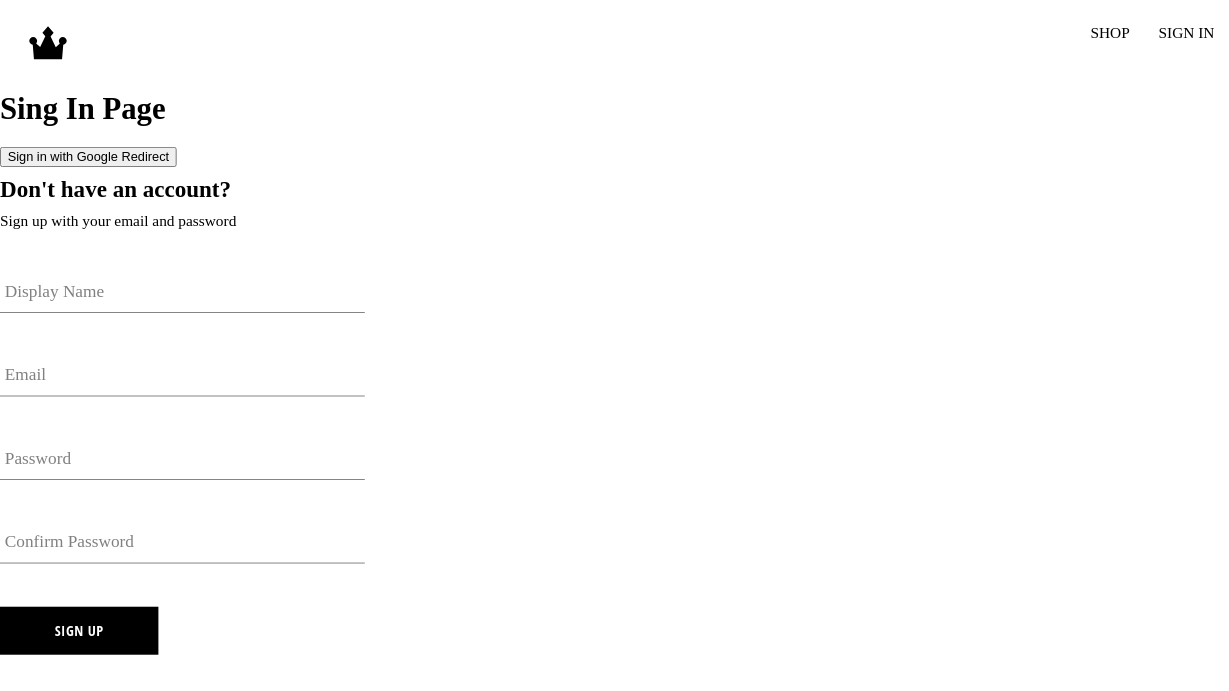
Repository: Chadi2000/crwn-clothing
Page: /auth
An editor plug-in stored every save of this project. The page is shown before and after the next save, followed by the edit.
The browser window is 1280 px wide. The pictures show the whole page, at 96% of full size.
The project was rebuilt for these pictures with package versions that can differ from the ones it lists, and the page was loaded fresh each time. Also part of the build but not shown: src/categories.styles.scss, src/components/category-item/category-item.styles.scss, src/components/category-item/category-item.component.jsx, src/components/directory/directory.styles.scss, src/components/directory/directory.component.js, src/routes/home/home.component.jsx.

Above is the page before, as saved 2024-02-12 20:57:26.

### public/index.html
<!DOCTYPE html>
<html lang="en">
  <head>
    <meta charset="utf-8" />
    <link rel="icon" href="%PUBLIC_URL%/favicon.ico" />
    <meta name="viewport" content="width=device-width, initial-scale=1" />
    <meta name="theme-color" content="#000000" />
    <meta
      name="description"
      content="Web site created using create-react-app"
    />
    <link rel="apple-touch-icon" href="%PUBLIC_URL%/logo192.png" />
    <link rel="preconnect" href="https://fonts.googleapis.com">
    <link rel="preconnect" href="https://fonts.gstatic.com" crossorigin>
    <link
    href="https://fonts.googleapis.com/css2?family=Open+Sans:ital,wght@0,300..800;1,300..800&family=Roboto:wght@300&display=swap"
    rel="stylesheet">
    <!--
      manifest.json provides metadata used when your web app is installed on a
      user's mobile device or desktop. See https://developers.google.com/web/fundamentals/web-app-manifest/
    -->
    <link rel="manifest" href="%PUBLIC_URL%/manifest.json" />
    <!--
      Notice the use of %PUBLIC_URL% in the tags above.
      It will be replaced with the URL of the `public` folder during the build.
      Only files inside the `public` folder can be referenced from the HTML.

      Unlike "/favicon.ico" or "favicon.ico", "%PUBLIC_URL%/favicon.ico" will
      work correctly both with client-side routing and a non-root public URL.
      Learn how to configure a non-root public URL by running `npm run build`.
    -->
    <title>React App</title>
  </head>
  <body>
    <noscript>You need to enable JavaScript to run this app.</noscript>
    <div id="root"></div>
    <!--
      This HTML file is a template.
      If you open it directly in the browser, you will see an empty page.

      You can add webfonts, meta tags, or analytics to this file.
      The build step will place the bundled scripts into the <body> tag.

      To begin the development, run `npm start` or `yarn start`.
      To create a production bundle, use `npm run build` or `yarn build`.
    -->
  </body>
</html>

### src/index.scss
body {
  margin: 0;
  font-family: 'Open Sans'
    sans-serif;
    font-weight: 300 800;
  font-stretch: 100%;
  font-display: swap;
  -webkit-font-smoothing: antialiased;
  -moz-osx-font-smoothing: grayscale;
}

code {
  font-family: source-code-pro, Menlo, Monaco, Consolas, 'Courier New',
    monospace;
}

a{
  text-decoration: none;
  color: black;
}

* {
  box-sizing: border-box;
}

### src/App.js
import './categories.styles.scss';
import { Outlet } from 'react-router-dom';
import Directory from './components/directory/directory.component';
import Home from './routes/home/home.component';
import { Routes, Route } from 'react-router-dom';
import Navigation from './routes/navigation/navigation.component';
import Authentication from './routes/authentication/authentication.component';



const Shop =() =>{
  return(
    <h1>SHop from me</h1>
  )
}

const App = () => {


 return(
  <Routes>
    <Route path='/' element={<Navigation />}>
      <Route path='/' element={<Home />} />
      <Route path='shop' element={<Shop/>} />
      <Route path='/auth' element= {<Authentication />} />

    </Route>

  </Routes>
 );
}

export default App;

### src/routes/navigation/navigation.component.jsx
import { Outlet, Link } from "react-router-dom"
import { Fragment } from "react";
import { ReactComponent as CrwnLogo } from "../../assets/crown.svg";
import './navigation.styles.scss';
const Navigation = () =>{
    return (
      <Fragment>
        <div className="navigation">
            <Link className="logo-container" to='/'>
                <CrwnLogo />
            </Link>

          <div className="nav-links-container">
            <Link className="nav-link"  to='/shop'>
                SHOP
            </Link>
            <Link className="nav-link"  to='/auth'>
                SIGN IN
            </Link>
          </div>
        </div>
        <Outlet />
      </Fragment>
    )
  }

  export default Navigation;

### src/routes/authentication/authentication.component.jsx
import { useEffect } from "react";
import { getRedirectResult } from "firebase/auth";

import {
        auth,
        signInWithGooglePopup,
        signInWithGoogleRedirect ,
        createUserDocumentFromAuth
    } from "../../utils/firebase/firebase.utils";
import SignUpForm from "../../components/sign-up-form/sign-up-form.component";

const Authentication  = () => {

    useEffect(() => {
        // Define an asynchronous function inside useEffect
        const fetchData = async () => {
          try {
            // You can await here
            const response = await getRedirectResult(auth);
            if(response){
                const userDocRef = await createUserDocumentFromAuth(response.user)
            }
          } catch (error) {
            console.error('Error fetching data:', error);
          }
        };

        // Call the asynchronous function immediately
        fetchData();

        // Specify dependencies if needed (empty array if not)
      }, []); // Add dependencies if needed


    const logGoogleUser = async () =>{
        const {user} = await signInWithGooglePopup();
        const userDocRef = await createUserDocumentFromAuth(user);

    }






    return(
        <div>
            <h1>Sing In Page</h1>
            {/* <button onClick={logGoogleUser}>
                Sign in with Google Popup
            </button> */}
            <button onClick={signInWithGoogleRedirect}>
                Sign in with Google Redirect
            </button>
            <SignUpForm />
        </div>
    )
}

export default Authentication;

### src/routes/navigation/navigation.styles.scss
.navigation{
    height: 70px;
    width: 100%;
    display: flex;
    justify-content: space-between;
    margin-bottom: 25px;

    .logo-container{
        height: 100%;
        width: 70px;
        padding: 25px;
        -webkit-box-align: center;
        align-items: center;
        justify-content: center;
    }
    .nav-links-container{
        width: 50%;
        height: 100%;
        -webkit-box-align: center;
        align-items: center;
        -webkit-box-pack: end;
        display: flex;
        justify-content: flex-end;
        .nav-link{
            padding: 10px 15px;
            cursor: pointer;
        }
    }


}

### src/utils/firebase/firebase.utils.js
import {initializeApp} from 'firebase/app';
import {
     getAuth,
     signInWithRedirect,
     signInWithPopup,
     GoogleAuthProvider,
     createUserWithEmailAndPassword
    } from 'firebase/auth';

import {
    getFirestore,
    doc,
    getDoc,
    setDoc
}  from'firebase/firestore'

const firebaseConfig = {
    apiKey: "AIzaSyCFm4naOY8EzymqmFzu3h2__lM1anMpCoU",
    authDomain: "crwn-clothing-db-ab0ad.firebaseapp.com",
    projectId: "crwn-clothing-db-ab0ad",
    storageBucket: "crwn-clothing-db-ab0ad.appspot.com",
    messagingSenderId: "89349111223",
    appId: "1:89349111223:web:714444d59a5d8bfdf53c32"
  };

  // Initialize Firebase
  const firebaseApp = initializeApp(firebaseConfig);
  const googleProvider = new GoogleAuthProvider();

  googleProvider.setCustomParameters({
    prompt: "select_account"
  })

  export const auth = getAuth();
  export const signInWithGooglePopup = () =>
   signInWithPopup(auth, googleProvider);
  export const signInWithGoogleRedirect =()=>
   signInWithRedirect(auth, googleProvider)

  export const db = getFirestore();
  export const createUserDocumentFromAuth = async (
    userAuth,
    additionalInformation={}
    )=>{
    if(!userAuth) return ;
    const userDocRef = doc(db,'users',userAuth.uid )

    console.log(userDocRef);

    const userSnapshot = await getDoc(userDocRef);
    console.log(userSnapshot);
    console.log(userSnapshot.exists());

    if(!userSnapshot.exists()){
        const {displayName , email} = userAuth;
        const createdAt = new Date();

        try{
            await setDoc(userDocRef, {
                displayName,
                email,
                createdAt,
                ...additionalInformation
            })
        }catch(error){
            console.log('error creating the user', error.message)
        }
    }

    return userDocRef;
  }

  export const createAuthUserWithEmailAndPassword = async (email, password)=>{
    if(!email || !password) return;
    return await createUserWithEmailAndPassword(auth, email, password)
  };

### src/components/sign-up-form/sign-up-form.component.jsx
import { useState } from "react";
import { createAuthUserWithEmailAndPassword, createUserDocumentFromAuth } from "../../utils/firebase/firebase.utils";
import FormInput from "../form-input/form-input.component";
import './sign-up-form.styles.scss';
import Button from "../button/button.component";

const defaultFormFields ={
    displayName: '',
    email:'',
    password:'',
    confirmPassword: ''
}

const SignUpForm =() =>{

    const [formFields, setFormFields] = useState(defaultFormFields);
    const { displayName, email, password, confirmPassword} = formFields;

    console.log(formFields);

    const resetFormFields = () =>{
        setFormFields(defaultFormFields);
    }

    const handleSubmit = async(event) =>{
        event.preventDefault();

        if(password != confirmPassword){
            alert("password do not match");
            return;
        }

        try{
            const {user} = await createAuthUserWithEmailAndPassword(email, password);

            await createUserDocumentFromAuth(user,{ displayName });
            resetFormFields();


        }catch(error){
            if(error.code ==  'auth/email-already-in-use'){
                alert('Cannot create user, email already in use');
            } else{
                console.log('user created encountered an error', error);
            }

        }
    }



    const handlechange = (event) =>{

        setFormFields({...formFields, [event.target.name]:event.target.value})
    }

    return (


        <div className="sign-up-container">
            <h2>Don't have an account?</h2>
            <span>Sign up with your email and password</span>
            <form onSubmit={handleSubmit}>
                <FormInput
                label="Display Name"
                inputOptions = {{
                    type:"text",
                    required:true,
                    onChange:handlechange,
                    name:"displayName",
                    value : displayName,
                    }}
                     />

                <FormInput
                label="Email"
                inputOptions = {{
                    type:"email",
                    required:true,
                    onChange:handlechange,
                    name:"email",
                    value : email,
                    }}
                     />

                <FormInput
                label="Password"
                inputOptions = {{
                    type:"password",
                    required:true,
                    onChange:handlechange,
                    name:"password",
                    value : password,
                    }}
                     />

                <FormInput
                label="Confirm Password"
                inputOptions = {{
                    type:"password",
                    required:true,
                    onChange:handlechange,
                    name:"confirmPassword",
                    value : confirmPassword,
                    }}
                     />


                <Button type="submit">Sign Up</Button>
            </form>
        </div>
    )
}

export default SignUpForm;

### src/components/form-input/form-input.component.jsx
import './form-input.styles.scss';


const FormInput = ({label, inputOptions}) =>{
    return (
        <div className="group">
            <input className="form-input" {...inputOptions} />
            {
                label &&(
            <label className={`${inputOptions.value.length ? 'shrink': ''}
            form-input-label`}>{label}</label>)}



        </div>

    )
}
export default FormInput;

### src/components/button/button.component.jsx
import './button.styles.scss';

const BUTTON_TYPES_CLASSES = {
    google:'google-sign-in',
    inverted:'inverted',

}

const Button = ({ children, buttonType, ...otherProps }) =>{
    return(
        <button className={`button-container ${BUTTON_TYPES_CLASSES[buttonType]}`}
        {...otherProps}
        >
            {children}
        </button>
    )
}

export default Button;

### src/components/form-input/form-input.styles.scss
$sub-color: grey;
$main-color: black;

@mixin shrinkLabel{
    top: -14px;
    font-size: 12px;
    color:$main-color ;
}

.group{
    position: relative;
    margin: 45px 0;
    .form-input{
        background: none;
        background-color: white;
        color:$sub-color;
        font-size: 18px;
        padding: 10px 10px 10px 5px;
        display: block;
        width: 100%;
        border: none;
        border-radius: 0;
        border-bottom: 1px solid $sub-color;
        border-top: none;
        border-right: none;
        border-left: none;
        margin: 25px 0;

        &:focus{
            outline: none;
        }
        &:focus ~ .form-input-label{
            @include shrinkLabel();
        }
    }

    input[type='password']{
        letter-spacing: 0.3em;
    }

    .form-input-label{
        color: $sub-color;
        font-size: 18px;
        font-weight: normal;
        position: absolute;
        pointer-events: none;
        left: 5px;
        top: 10px;
        transition: all 300ms ease 0s;
        line-height: 1;
        &.shrink{
            @include shrinkLabel()
        }

    }


}

### src/components/button/button.styles.scss
.button-container{
    min-width: 165px;
    width: auto;
    height: 50px;
    letter-spacing: 0.5px;
    line-height: 50px;
    padding: 0 35px 0 35px;
    font-size: 15px;
    background-color: black;
    color: white;
    text-transform: uppercase;
    font-family: 'Open Sans Condensed';
    font-weight: bolder;
    border: none;
    cursor: pointer;
    display: flex;
    justify-content: center;

    &:hover{
        background-color: white;
        color: black;
        border: 1px solid black;
    }

    &.google-sign-in{
        background-color: #4285f4;
        color:white;
        &:hover{
            background-color: #357ae8;
            border: none;
        }
    }


    &.inverted{
        background-color: white;
        color: black;
        border: 1px solid black;

        &:hover {
            background-color: black;
            color: white;
            border:none;
        }
    }
}

### src/components/sign-in-form/sign-in-form.component.jsx
import { useState } from "react";
import { createAuthUserWithEmailAndPassword, createUserDocumentFromAuth } from "../../utils/firebase/firebase.utils";
import FormInput from "../form-input/form-input.component";
import './sign-in-form.styles.scss';
import Button from "../button/button.component";

const defaultFormFields ={
    email:'',
    password:'',
}

const SignInForm =() =>{

    const [formFields, setFormFields] = useState(defaultFormFields);
    const { email, password} = formFields;

    console.log(formFields);

    const resetFormFields = () =>{
        setFormFields(defaultFormFields);
    }

    const handleSubmit = async(event) =>{
        event.preventDefault();


        try{

            resetFormFields();


        }catch(error){

        }
    }



    const handlechange = (event) =>{

        setFormFields({...formFields, [event.target.name]:event.target.value})
    }

    return (


        <div className="sign-up-container">
            <h2>Already have an account</h2>
            <span>Sign in with your email and password</span>
            <form onSubmit={handleSubmit}>
                <FormInput
                label="Email"
                inputOptions = {{
                    type:"email",
                    required:true,
                    onChange:handlechange,
                    name:"email",
                    value : email,
                    }}
                     />

                <FormInput
                label="Password"
                inputOptions = {{
                    type:"password",
                    required:true,
                    onChange:handlechange,
                    name:"password",
                    value : password,
                    }}
                     />




                <Button type="submit">Sign In</Button>
            </form>
        </div>
    )
}

export default SignInForm;

Loaded but not shown: src/index.js (common file); src/reportWebVitals.js (common file); src/components/sign-up-form/sign-up-form.styles.scss (common file); src/components/sign-in-form/sign-in-form.styles.scss (common file)

After the next save:
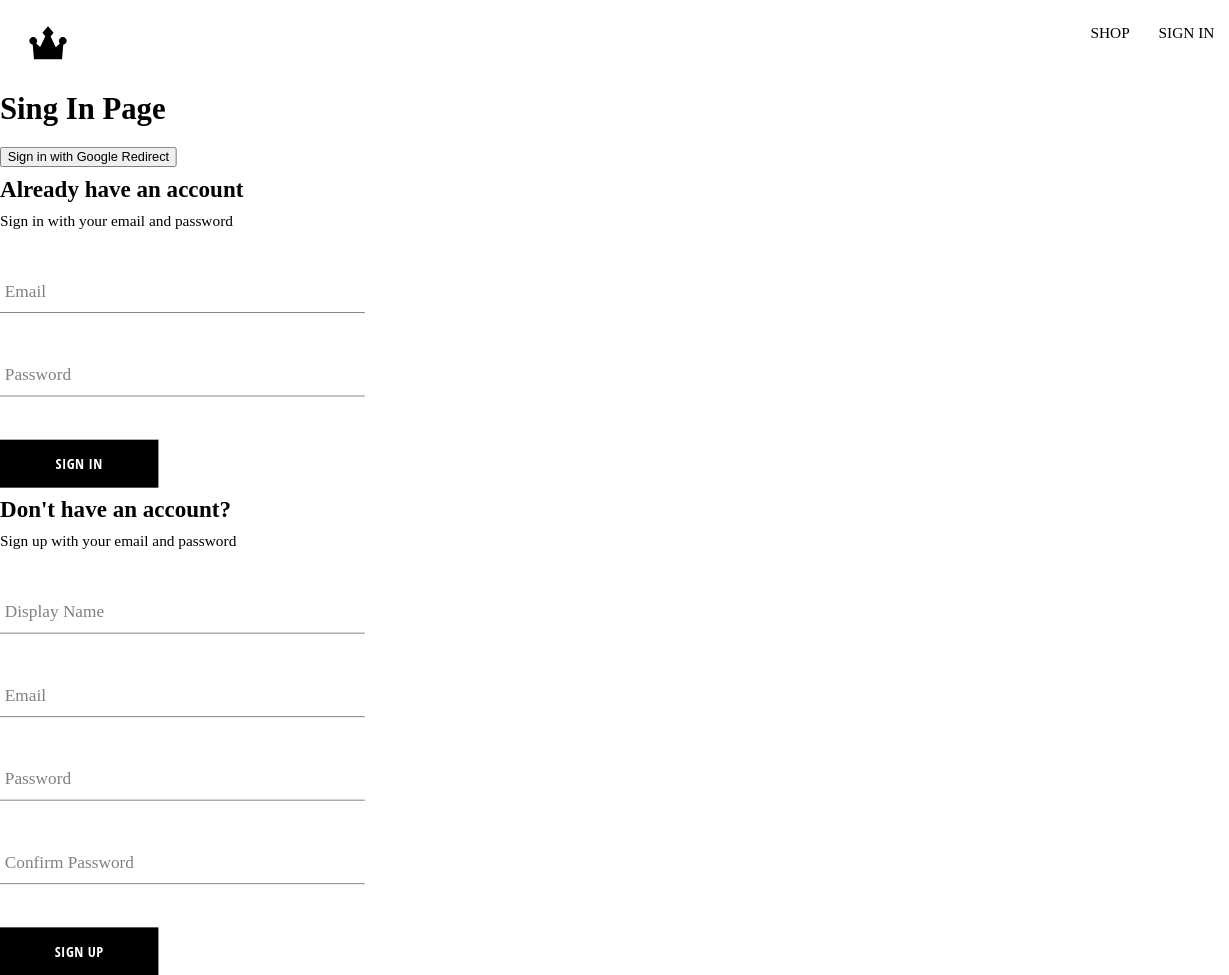
Saved 104 s later.
--- a/src/routes/authentication/authentication.component.jsx
+++ b/src/routes/authentication/authentication.component.jsx
@@ -8,6 +8,7 @@ import {
         createUserDocumentFromAuth
     } from "../../utils/firebase/firebase.utils";
 import SignUpForm from "../../components/sign-up-form/sign-up-form.component";
+import SignInForm from "../../components/sign-in-form/sign-in-form.component";
 
 const Authentication  = () => {
 
@@ -52,6 +53,7 @@ const Authentication  = () => {
             <button onClick={signInWithGoogleRedirect}>
                 Sign in with Google Redirect
             </button>
+            <SignInForm />
             <SignUpForm />
         </div>
     )
